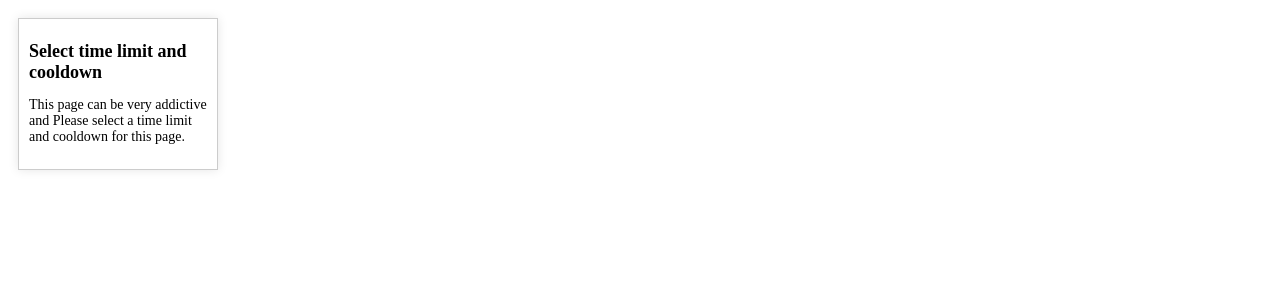
Repository: AndrlmMass/Time-management-chrome-extension
Page: popup2.html
An editor plug-in stored every save of this project. The page is shown before and after the next save, followed by the edit.
The browser window is 1280 px wide. The pictures show the whole page.

Above is the page before, as saved 2023-08-24 20:30:41.

### popup2.html
<!DOCTYPE html>
<html>
<head>
  <title>My Non-Closable Popup</title>
  <link rel="stylesheet" type="text/css" href="popup.css">
  <script src="popup.js"></script>
</head>
<body>
  <div id="popup-container">
    <h1>Select time limit and cooldown</h1>
    <p>This page can be very addictive and Please select a time limit and cooldown for this page.</p>
    <button id="close-button">Close</button>
  </div>
</body>
</html>

### popup.css
body {
  width: 200px;
  padding: 10px;
}

#popup-container {
  padding: 10px;
  background-color: #fff;
  border: 1px solid #ccc;
  box-shadow: 0 0 10px rgba(0, 0, 0, 0.1);
}

h1 {
  font-size: 18px;
  margin-bottom: 10px;
}

p {
  font-size: 14px;
}

#close-button {
  margin-top: 10px;
  display: none;
}

### popup.js
document.addEventListener("DOMContentLoaded", function () {
  var closeButton = document.querySelector(".popup-close");
  var popupContainer = document.getElementById("popup-container");
  });

After the next save:
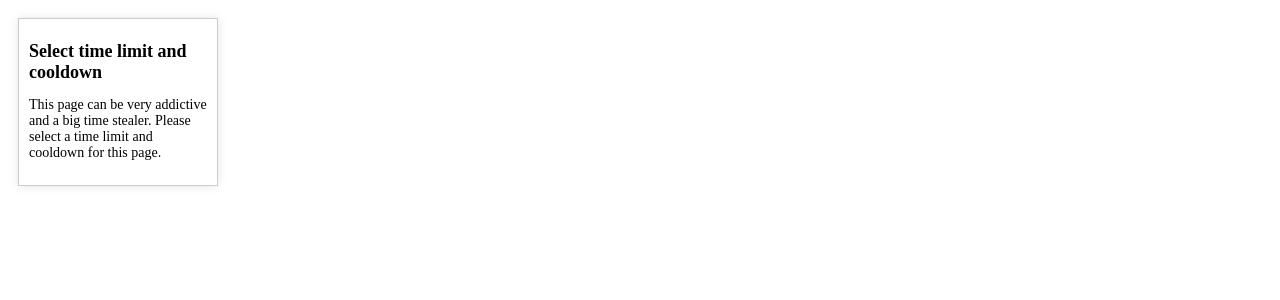
Saved 7 s later.
--- a/popup2.html
+++ b/popup2.html
@@ -8,7 +8,7 @@
 <body>
   <div id="popup-container">
     <h1>Select time limit and cooldown</h1>
-    <p>This page can be very addictive and Please select a time limit and cooldown for this page.</p>
+    <p>This page can be very addictive and a big time stealer. Please select a time limit and cooldown for this page.</p>
     <button id="close-button">Close</button>
   </div>
 </body>
